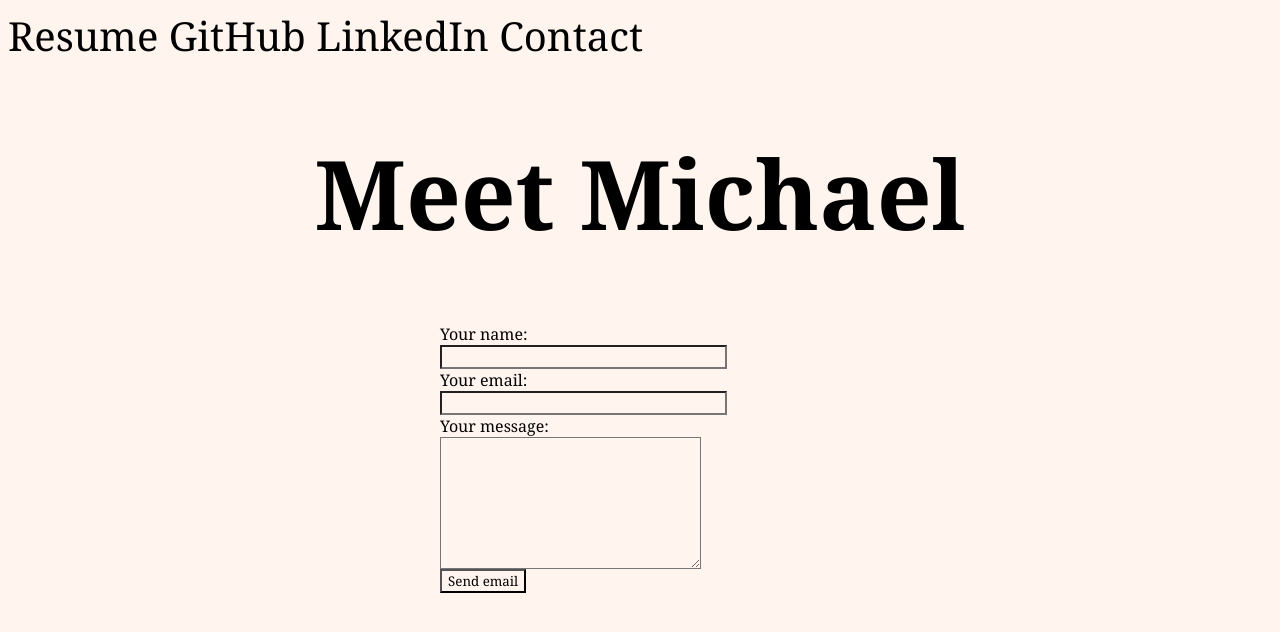
Repository: strandedonthird/strandedonthird.github.io
Page: HTML/contact.html
The author's editor kept a copy of each file at every save. The page is drawn from the files as they stood at one save, then again after a run of saves.
The browser window is 1280 px wide. The pictures show the whole page.

Above is the page before, as saved 2022-05-09 19:23:50.

After the next 2 saves:
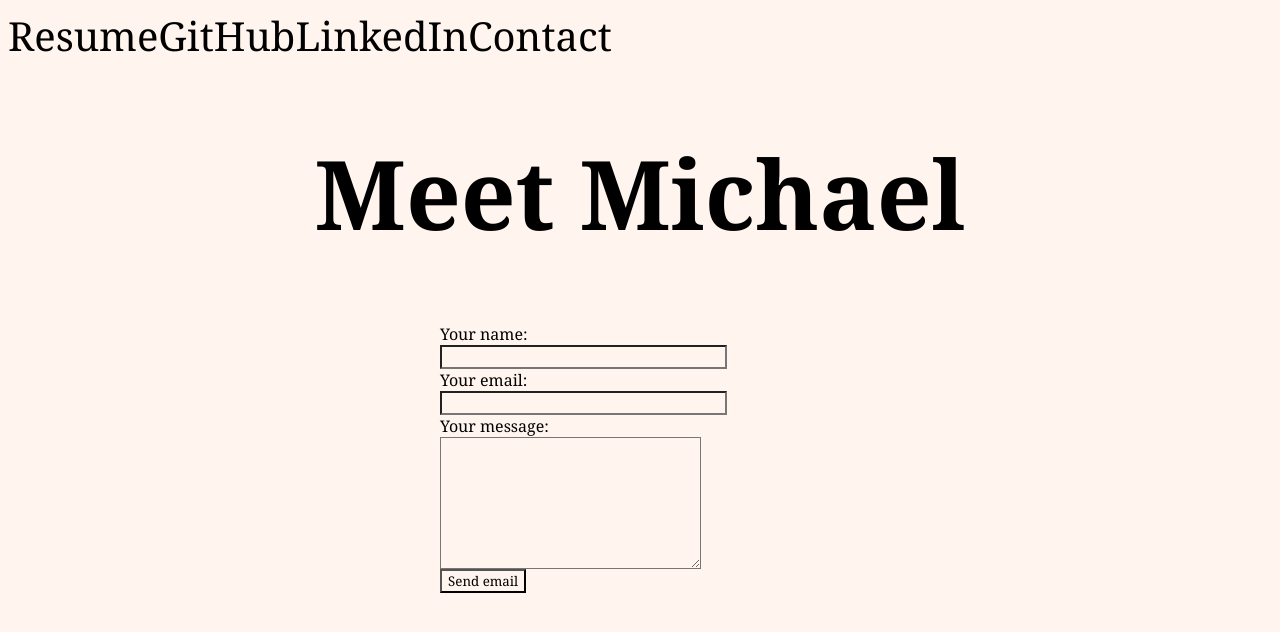
The 2 saves are shown as one change because they came seconds apart.
The last was saved 8 min 7 s later.
--- a/CSS/index.css
+++ b/CSS/index.css
@@ -10,7 +10,6 @@ headernav {
 
 .container {
   display: flex;
-  display: inline-block;
   text-align: center;
   font-size: 2.5em;
 }
